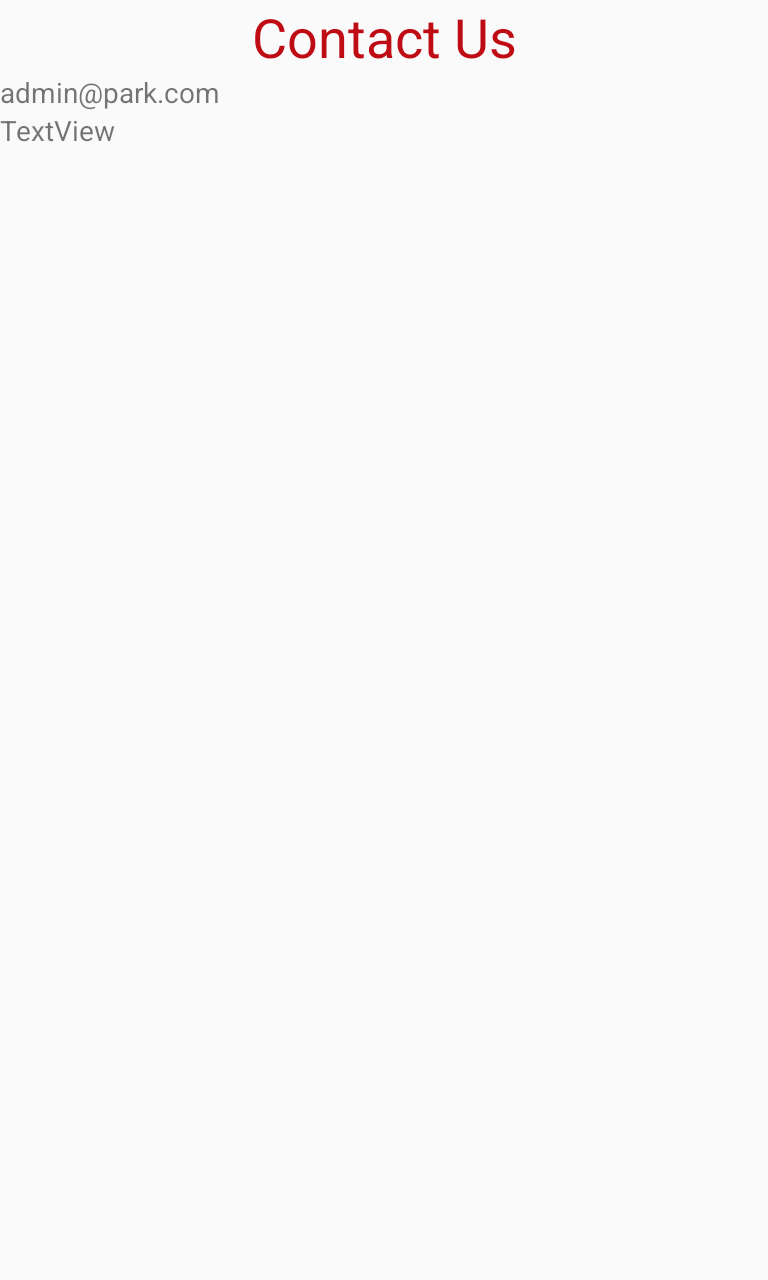
Repository: adarshnair13/message
Layout: myproject/res/layout/adarsh4.xml
These files come from the project's save history. The layout is drawn as it stood at one moment and after the next save; the edit follows.
It is drawn on a 768 x 1280 px phone screen (xhdpi) without system bars, with theme AppTheme; the app's code is not run.

Above is the layout before, as saved 2015-04-17 07:28:06.

### myproject/res/layout/adarsh4.xml
<?xml version="1.0" encoding="utf-8"?>
<LinearLayout xmlns:android="http://schemas.android.com/apk/res/android"
    android:layout_width="match_parent"
    android:layout_height="match_parent"
    android:orientation="vertical" >

    <TextView
        android:id="@+id/textView1"
        android:layout_width="match_parent"
        android:layout_height="wrap_content"
        android:text="Contact Us"
          android:gravity="center"
        android:textSize="27dp"
        android:textColor="#BF0B14" />

    <TextView
        android:id="@+id/textView2"
        android:layout_width="wrap_content"
        android:layout_height="wrap_content"
        android:text="admin@park.com" />

    <TextView
        android:id="@+id/textView3"
        android:layout_width="wrap_content"
        android:layout_height="wrap_content"
        android:text="TextView" />

</LinearLayout>

Loaded but not shown: myproject/res/values/styles.xml (common file); myproject/res/values-v11/styles.xml (common file); myproject/res/values-v14/styles.xml (common file)

After the next save:
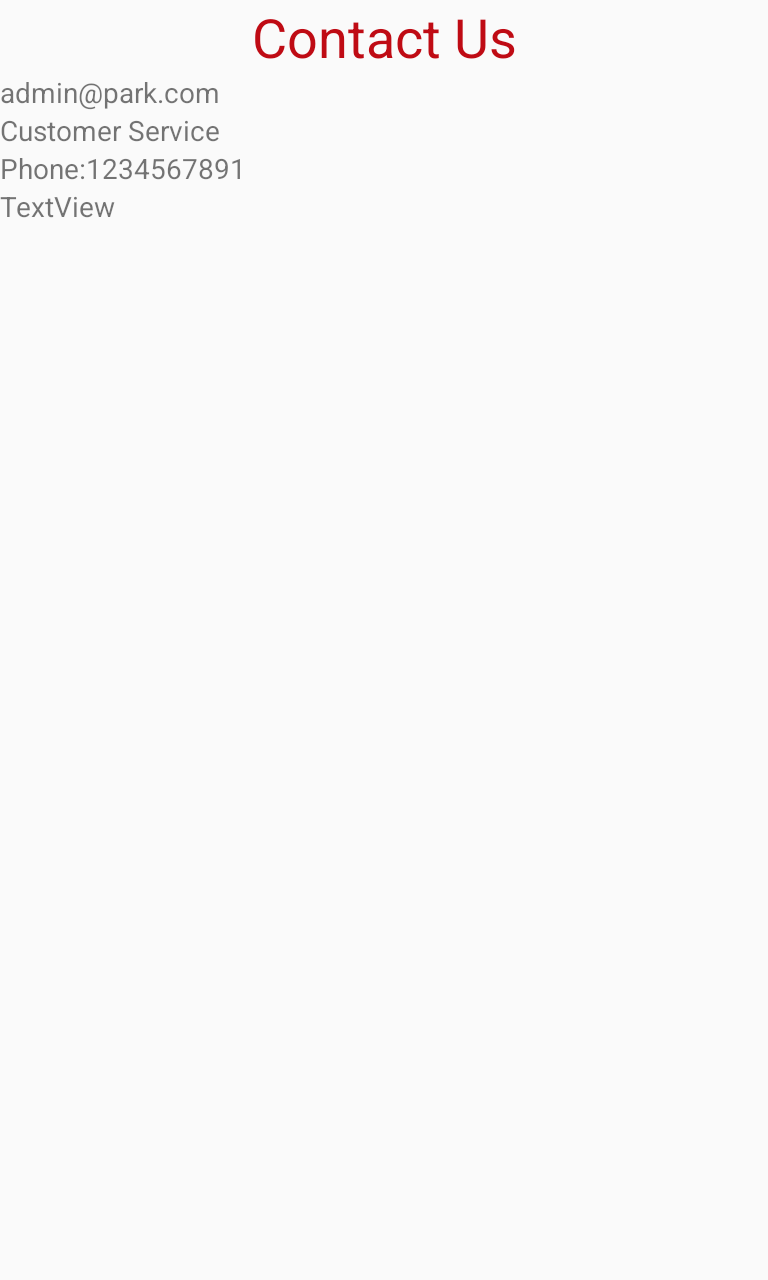
Saved 94 s later.
--- a/myproject/res/layout/adarsh4.xml
+++ b/myproject/res/layout/adarsh4.xml
@@ -23,6 +23,18 @@
         android:id="@+id/textView3"
         android:layout_width="wrap_content"
         android:layout_height="wrap_content"
+        android:text="Customer Service" />
+
+    <TextView
+        android:id="@+id/textView4"
+        android:layout_width="wrap_content"
+        android:layout_height="wrap_content"
+        android:text="Phone:1234567891" />
+
+    <TextView
+        android:id="@+id/textView5"
+        android:layout_width="wrap_content"
+        android:layout_height="wrap_content"
         android:text="TextView" />
 
 </LinearLayout>
